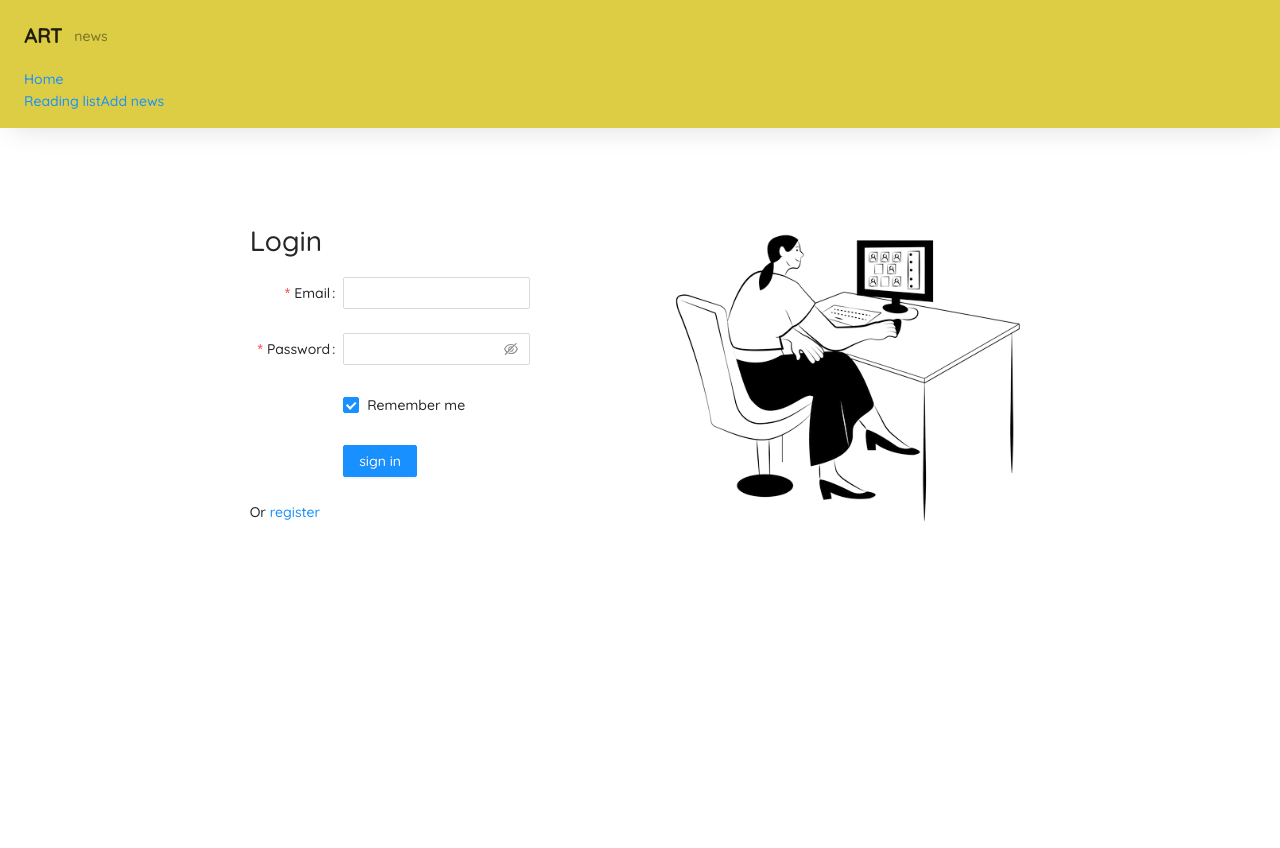
Repository: NastyaKrysyuk/news-app_react-ts-antd
Page: /
These files come from the project's save history. The page is drawn as it stood at one moment and after a run of saves; the edit follows.
The browser window is 1280 px wide. The pictures show the whole page.
The project was rebuilt for these pictures with package versions that can differ from the ones it lists, and the page was loaded fresh each time. Also part of the build but not shown: src/App.css, src/services/config.ts, src/components/news-list/news-list.hook.tsx, src/components/controls/serch/search.tsx, src/components/controls/serch/index.ts, src/components/controls/filter/filter.tsx, src/components/controls/filter/index.ts, src/components/news-item/style.css and 5 more.

Above is the page before, as saved 2022-07-12 08:22:07.

After the next 2 saves:
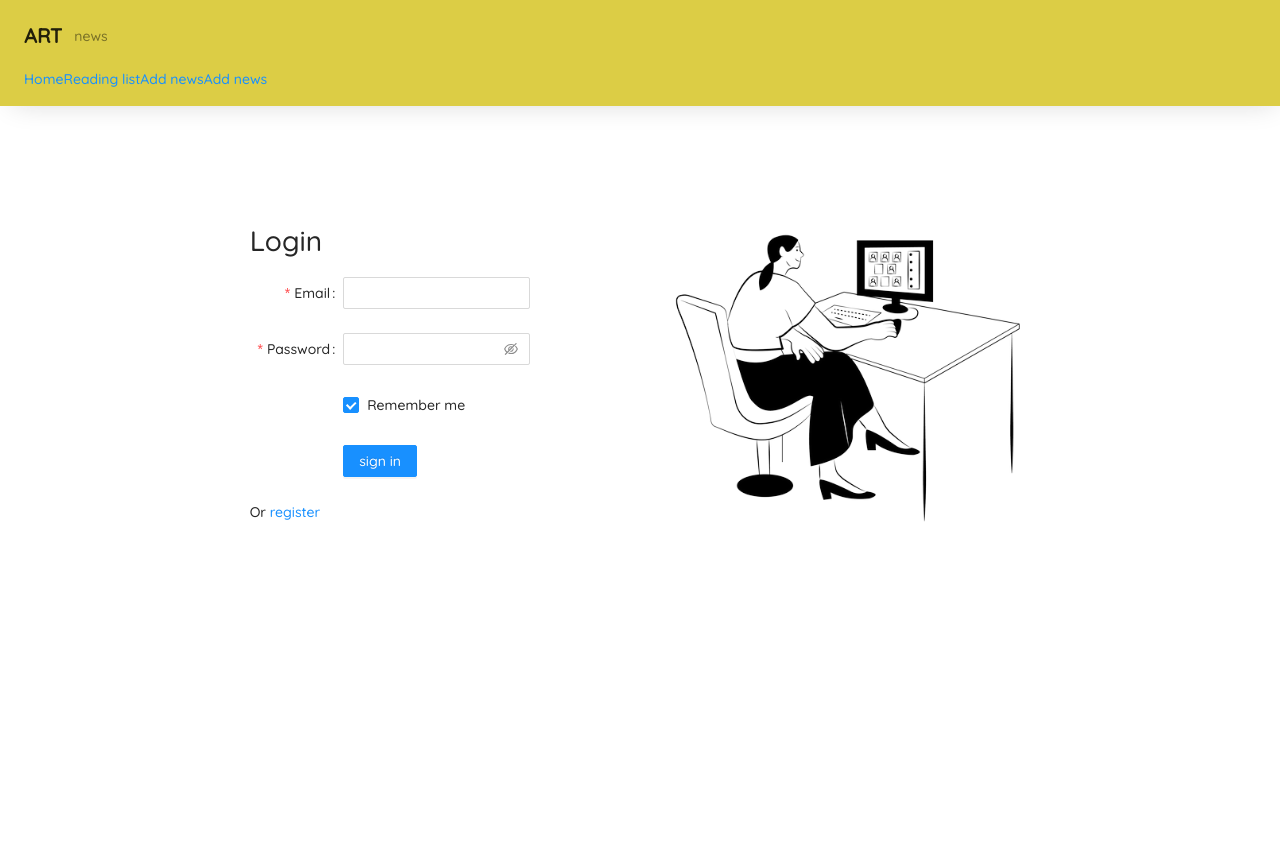
The 2 saves are shown as one change because they came seconds apart.
The last was saved 12 s later.
--- a/src/components/header/header.tsx
+++ b/src/components/header/header.tsx
@@ -11,8 +11,9 @@ const Header=()=>{
     title="ART"
     subTitle="news"
   >
-        <NavLink to='/'>Home</NavLink> <br />
+        <NavLink to='/'>Home</NavLink>
         <NavLink to='/'>Reading list</NavLink>
+        <NavLink to='/'>Add news</NavLink>
         <NavLink to='/'>Add news</NavLink>
   </PageHeader>
   );
